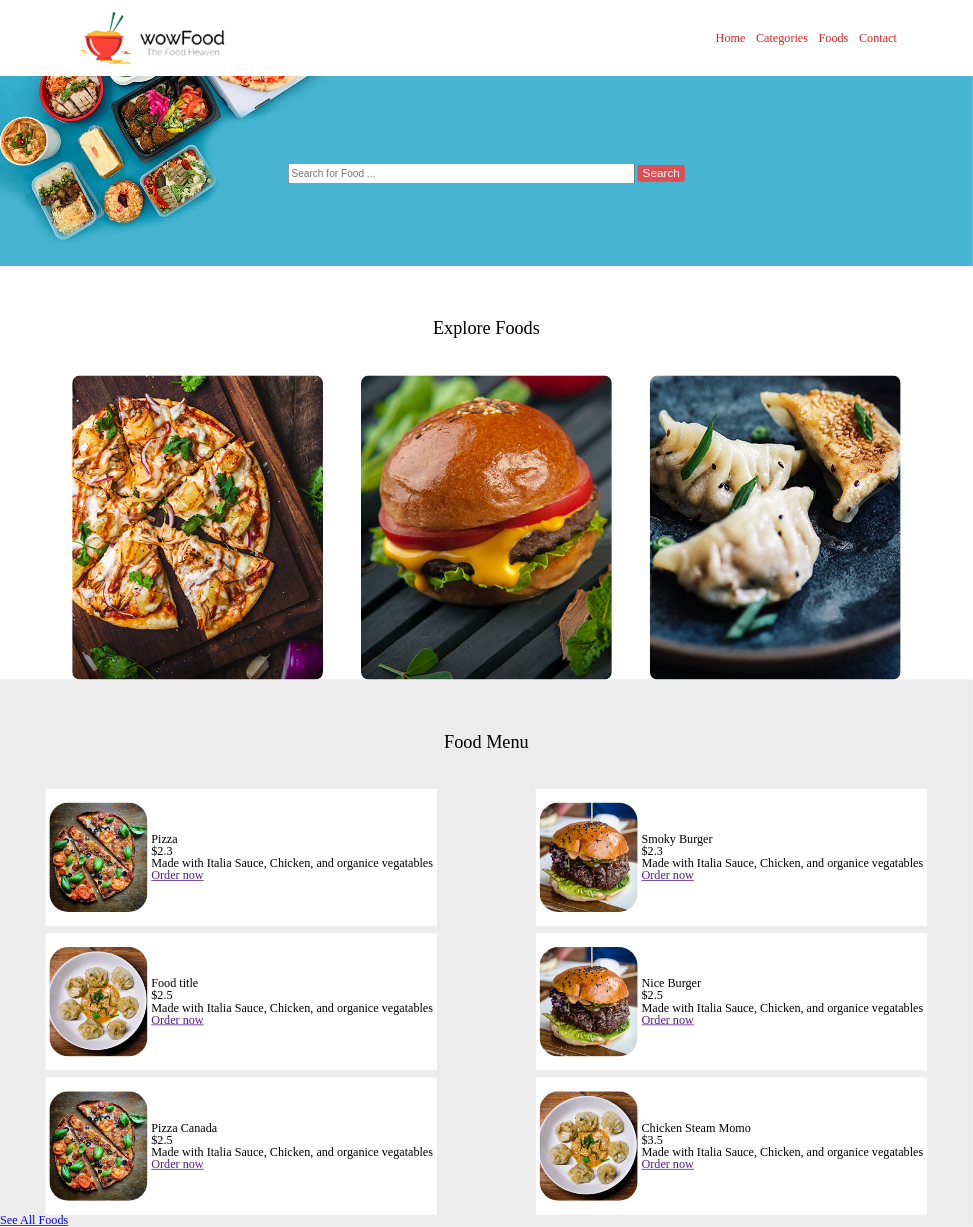
Repository: ruaruababa/WowFood
Page: index.html
An editor plug-in stored every save of this project. The page is shown before and after a run of saves, followed by the edit.
The browser window is 1280 px wide. The pictures show the whole page, at 76% of full size.

Above is the page before, as saved 2021-09-18 00:42:55.

### index.html
<!DOCTYPE html>
<html lang="en">

<head>
    <meta charset="UTF-8" />
    <meta http-equiv="X-UA-Compatible" content="IE=edge" />
    <meta name="viewport" content="width=device-width, initial-scale=1.0" />
    <title>Document</title>
    <link rel="stylesheet" href="./style.css" />
    <link rel="stylesheet" href="./reset.css" />
</head>

<body>
    <header>
        <div class="container-header">
            <div class="header-left">
                <img src="./img/logo.png" alt="" />
            </div>
            <div class="header-right">
                <ul class="nav">
                    <li class="item"><a href="">Home</a></li>
                    <li class="item"><a href="">Categories</a></li>
                    <li class="item"><a href="">Foods</a></li>
                    <li class="item"><a href="">Contact</a></li>
                </ul>
            </div>
        </div>
    </header>
    <nav>
        <div class="container-nav">
            <div class="background-search">
                <img src="./img/bg.jpg" alt="bgr-search" />
            </div>
            <div class="form">
                <input type="text" placeholder="Search for Food ..." class="input-search" />
                <input type="button" value="Search" class="btn-search" />
            </div>
        </div>
    </nav>
    <section>
        <div class="container-section">
            <div class="explore-food">Explore Foods</div>
            <div class="collection-food">
                <ul class="list-food">
                    <li class="item"><img src="./img/pizza.jpg" alt="" /></li>
                    <li class="item"><img src="./img/burger.jpg" alt="" /></li>
                    <li class="item"><img src="./img/momo.jpg" alt="" /></li>
                </ul>
            </div>
        </div>
    </section>
    <article>
        <div class="container-article">
            <div class="title-food-menu">Food Menu</div>
            <div class="container-menu">
                <div class="container-item">
                    <img src="./img/menu-pizza.jpg" alt="" class="bgr-item">
                    <div class="item-content">
                        <h6 class="title-item">Pizza</h6>
                        <span class="price-item">$2.3</span>
                        <p class="des-item">Made with Italia Sauce, Chicken, and organice vegatables</p>
                        <a href="" class="oder-item">Order now</a>
                    </div>
                </div>
                <div class="container-item">
                    <img src="./img/menu-burger.jpg" alt="" class="bgr-item">
                    <div class="item-content">
                        <h6 class="title-item">Smoky Burger</h6>
                        <span class="price-item">$2.3</span>
                        <p class="des-item">Made with Italia Sauce, Chicken, and organice vegatables</p>
                        <a href="" class="oder-item">Order now</a>
                    </div>
                </div>
                <div class="container-item">
                    <img src="./img/menu-momo.jpg" alt="" class="bgr-item">
                    <div class="item-content">
                        <h6 class="title-item">Food title</h6>
                        <span class="price-item">$2.5</span>
                        <p class="des-item">Made with Italia Sauce, Chicken, and organice vegatables</p>
                        <a href="" class="oder-item">Order now</a>
                    </div>
                </div>
                <div class="container-item">
                    <img src="./img/menu-burger.jpg" alt="" class="bgr-item">
                    <div class="item-content">
                        <h6 class="title-item">Nice Burger</h6>
                        <span class="price-item">$2.5</span>
                        <p class="des-item">Made with Italia Sauce, Chicken, and organice vegatables</p>
                        <a href="" class="oder-item">Order now</a>
                    </div>
                </div>
                <div class="container-item">
                    <img src="./img/menu-pizza.jpg" alt="" class="bgr-item">
                    <div class="item-content">
                        <h6 class="title-item">Pizza Canada</h6>
                        <span class="price-item">$2.5</span>
                        <p class="des-item">Made with Italia Sauce, Chicken, and organice vegatables</p>
                        <a href="" class="oder-item">Order now</a>
                    </div>
                </div>
                <div class="container-item">
                    <img src="./img/menu-momo.jpg" alt="" class="bgr-item">
                    <div class="item-content">
                        <h6 class="title-item">Chicken Steam Momo</h6>
                        <span class="price-item">$3.5</span>
                        <p class="des-item">Made with Italia Sauce, Chicken, and organice vegatables</p>
                        <a href="" class="oder-item">Order now</a>
                    </div>
                </div>
            </div>
            <div class="footer-food-menu">
                <a href="#" class="see-all-foods">See All Foods</a>
            </div>
        </div>
    </article>
</body>

</html>

### style.css
.container-header {
    display: flex;
    justify-content: space-between;
    align-items: center;
    margin-top: 15px;
}

.header-left {
    display: flex;
    margin-left: 100px;
}

.header-left img {}

.name-brand {
    margin-top: 50%;
}

.header-right {
    margin-right: 100px;
}

.nav {
    list-style: none;
}

.nav li {
    display: inline;
    padding-left: 10px;
}

.nav li a {
    text-decoration: none;
    color: rgb(211, 38, 38);
}

nav {
    position: relative;
    max-width: 100%;
    max-height: 100%;
    height: 250px;
}

.container-nav {
    text-align: center;
    margin-top: 15px;
}

.background-search {
    height: 250px;
}

.background-search img {
    height: inherit;
    width: 100%;
    object-fit: cover;
}

.form {
    width: 100%;
    position: absolute;
    top: 50%;
    left: 50%;
    transform: translate(-50%, -50%);
    height: 22px;
}

.input-search {
    width: 35%;
    height: inherit;
}

.btn-search {
    background-color: rgba(250, 59, 59, 0.849);
    border: none;
    border-radius: 3px;
    font-size: 15.5px;
    color: white;
    height: inherit;
}

section {
    position: relative;
}

.explore-food {
    padding-top: 70px;
    text-align: center;
    font-size: 24px;
}

.list-food {
    margin-top: 50px;
    display: flex;
    justify-content: center;
    column-gap: 50px;
}

.list-food li {
    width: 330px;
    height: 400px;
}

.list-food li img {
    width: 100%;
    height: 100%;
    object-fit: cover;
    border-radius: 10px;
}

article{
    background-color: #ececec;
}

.title-food-menu {
    padding-top: 70px;
    font-size: 24px;
    text-align: center;
}

.container-menu {
    padding-top: 50px;
    display: grid;
    grid-gap: 10px;
    grid-template-columns: repeat(auto-fit, minmax(550px, 1fr));
    grid-auto-rows: 180px;
    justify-items: center;
}
.container-item:nth-child(even){
    align-self: e;
}
.container-item{
    background-color: #ffffff;
    display: flex;
    justify-content: space-evenly;
    align-items: center;
}
.container-item img{
    width: 25%;
    height: 80%;
    object-fit: cover;
    border-radius: 25px;
}

.item-content{
    display: inline-block;
}

Loaded but not shown: reset.css (common file)

After the next 3 saves:
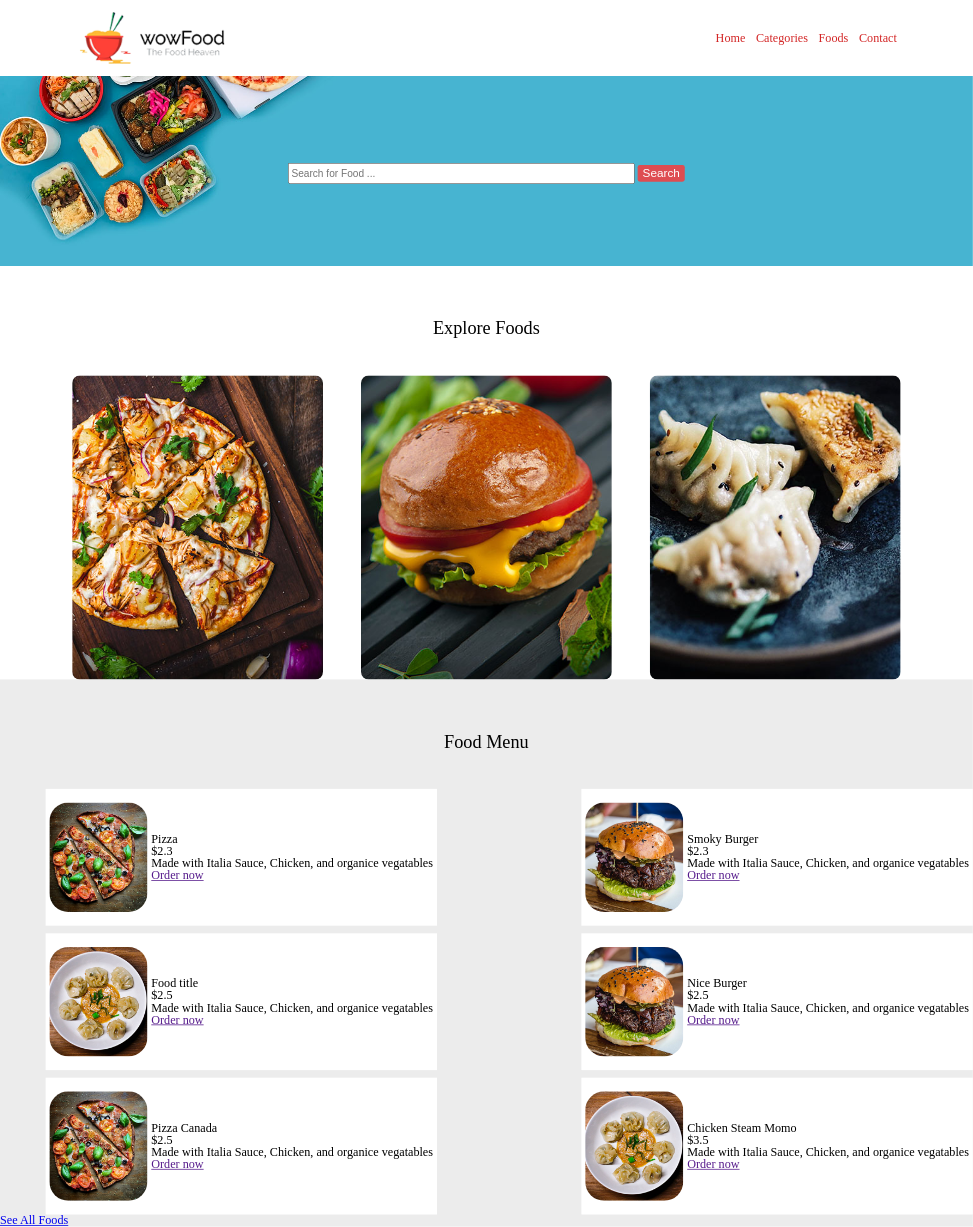
The 3 saves are shown as one change because they came seconds apart.
The last was saved 15 s later.
--- a/style.css
+++ b/style.css
@@ -127,7 +127,7 @@ article{
     justify-items: center;
 }
 .container-item:nth-child(even){
-    align-self: e;
+    justify-self: end;
 }
 .container-item{
     background-color: #ffffff;
